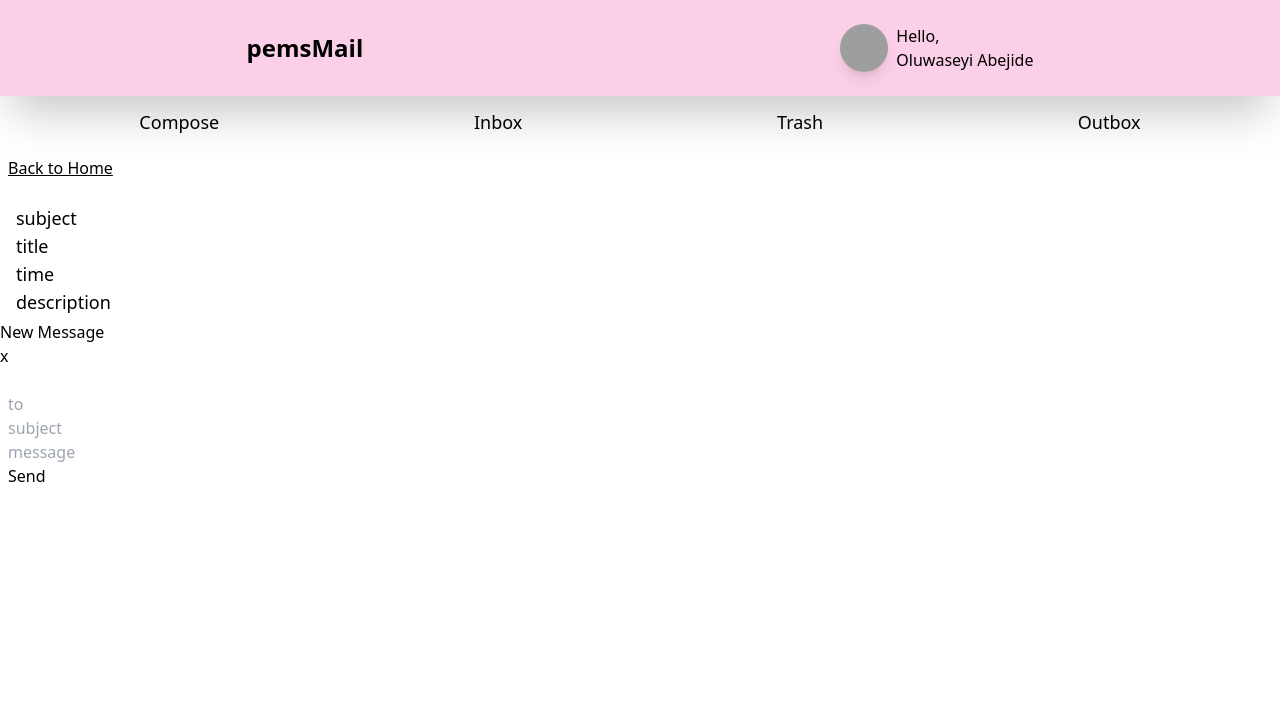
Repository: Semanmernstack/mailclone
Page: /mail
The author's editor kept a copy of each file at every save. The page is drawn from the files as they stood at one save, then again after the next save.
The browser window is 1280 px wide. The pictures show the whole page.
Pictures or frames that could not be fetched are drawn as grey boxes. The project was rebuilt for these pictures with package versions that can differ from the ones it lists, and the page was loaded fresh each time. Also part of the build but not shown: src/features/counter/Counter.module.css, src/features/counter/Counter.js, src/OpenRow.js, src/Open.js.

Above is the page before, as saved 2023-01-16 03:55:45.

After the next save:
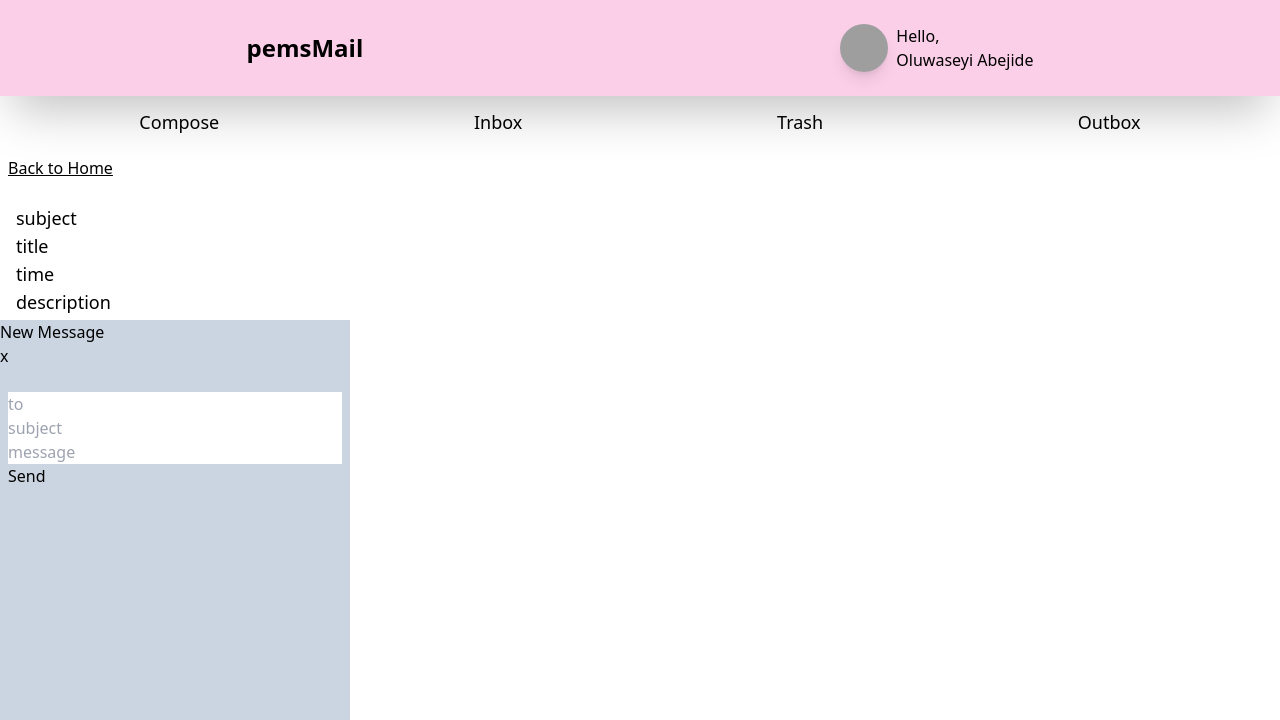
Saved 16 s later.
--- a/src/SendMail.js
+++ b/src/SendMail.js
@@ -5,7 +5,7 @@ function SendMail() {
     const { register, handleSubmit, formState: { errors } } = useForm();
     const onSubmit = (formData) => {}
   return (
-    <div className=" flex absolute bottom-0 flex-col max-width-[350px] h-[400px] w-[350px] ">
+    <div className=" flex absolute bottom-0 flex-col max-width-[350px] h-[400px] w-[350px] bg-slate-300">
             <div className=" ">
                 <h3>New Message</h3>
                 <button   >x</button>
